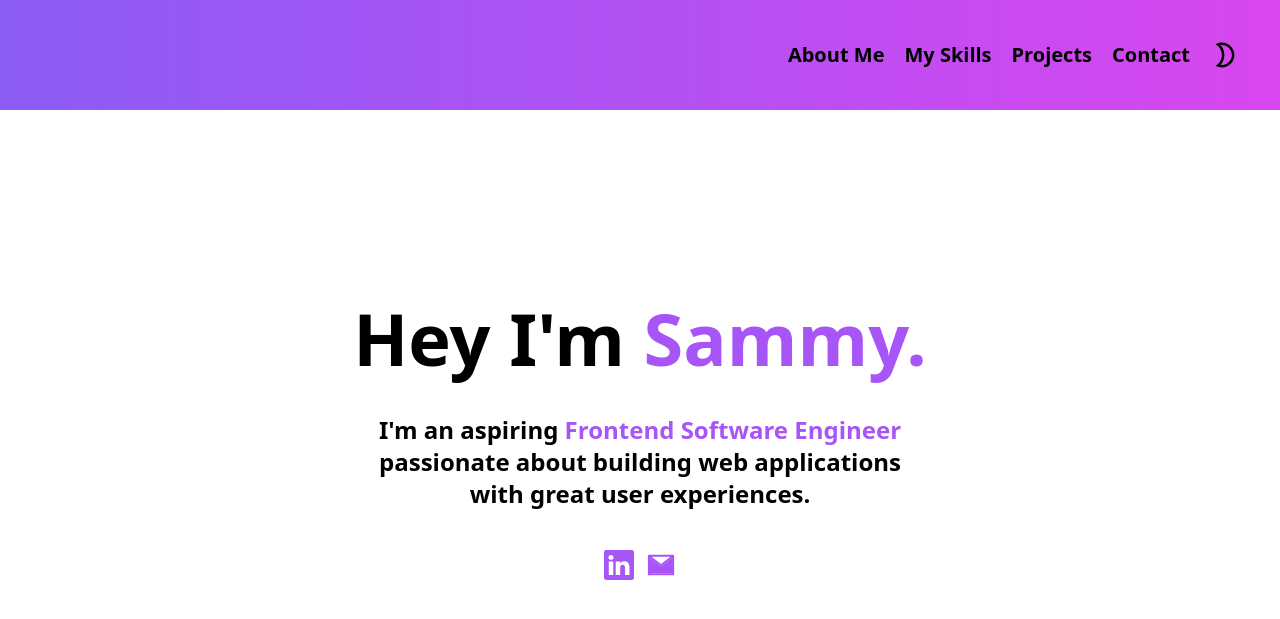
Repository: Al123Kudayyd/e-portfolio
Page: /
The author's editor kept a copy of each file at every save. The page is drawn from the files as they stood at one save, then again after the next save.
The browser window is 1280 px wide. The pictures show the whole page.
The project was rebuilt for these pictures with package versions that can differ from the ones it lists, and the page was loaded fresh each time. The framework's server and built-in components were replaced by stand-ins that run in the browser. Also part of the build but not shown: next.config.js.

Above is the page before, as saved 2023-06-06 23:42:21.

### pages/index.tsx
import Info from "@/components/Info";
import Nav from "@/components/Nav";



export default function Home() {
  return (
    <>
      <Nav />
      <div className="md:mt-48">
        <Info />
        <div className="border-black h-16 w-16"></div>
      </div>


    </>
  )
}

### components/Info.tsx
import { BsLinkedin } from 'react-icons/bs'
import { AiTwotoneMail } from 'react-icons/ai'

function Info() {
  return (
    <div className="overflow-hidden">
        <div className="space-y-10 flex-col text-center justify-center items-center">
          <h1 className="text-7xl font-bold">Hey I'm <span className="text-purple-500">Sammy.</span></h1>
          <h3 className="text-2xl font-semibold">I'm an aspiring <span className="text-purple-500">Frontend Software Engineer</span> <br /> passionate about building web applications <br /> with great user experiences.</h3>
          <div className="flex justify-center items-center space-x-3 text-3xl text-purple-500 cursor-pointer">
            <BsLinkedin />
            <AiTwotoneMail />
          </div>
        </div>
      </div>
  )
}

export default Info

### components/Nav.tsx
import { MdOutlineModeNight } from 'react-icons/md'
import { FaBars } from 'react-icons/fa'

function Nav() {
  return (
    <section className='bg-gradient-to-r from-violet-500 to-fuchsia-500'>
      <div className='py-10 mx-10 flex items-center justify-end font-bold cursor-pointer'>
        <FaBars className='flex md:hidden lg:hidden text-2xl hover:text-purple-500 transition' />
        <ul className='md:flex lg:flex hidden space-x-5 items-center justify-end text-xs sm:text-xl'>
            <li className='hover:text-purple-500 transition'>About Me</li>
            <li className='hover:text-purple-500 transition'>My Skills</li>
            <li className='hover:text-purple-500 transition'>Projects</li>
            <li className='hover:text-purple-500 transition'>Contact</li>
            <li><MdOutlineModeNight className='text-3xl hover:scale-110 transition' /></li>

        </ul>
      </div>
    </section>

  )
}

export default Nav

Loaded but not shown: pages/_app.tsx (common file); pages/_document.tsx (common file); styles/globals.css (common file); tailwind.config.js (common file)

After the next save:
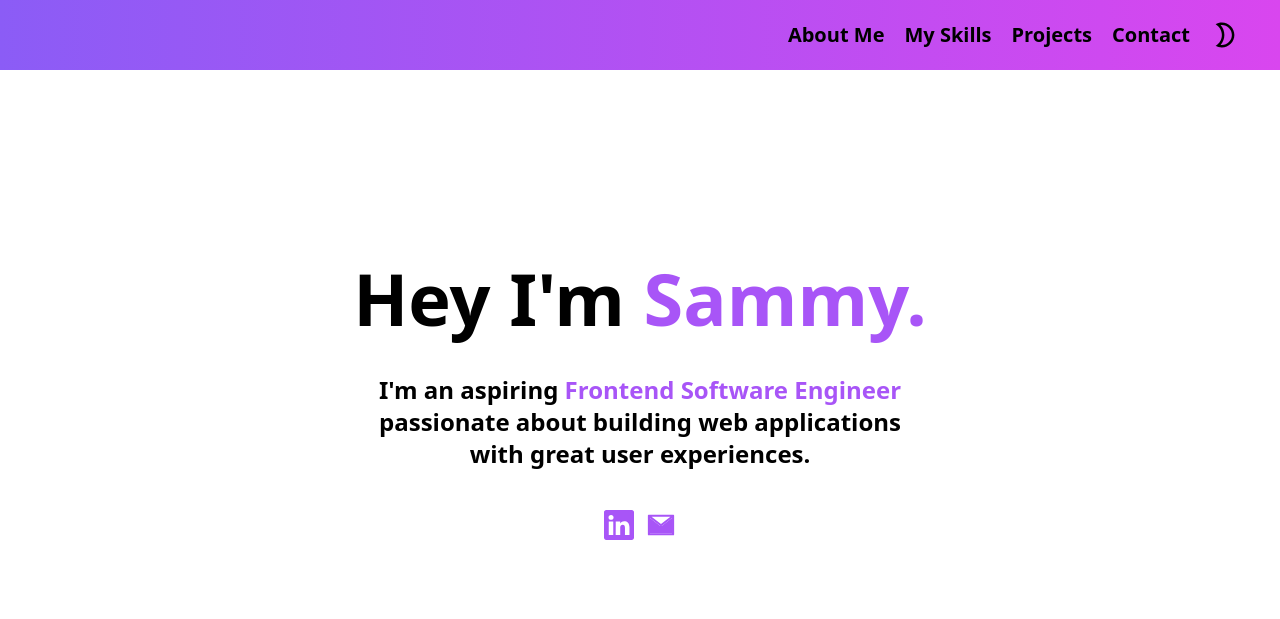
Saved 8 s later.
--- a/components/Nav.tsx
+++ b/components/Nav.tsx
@@ -4,7 +4,7 @@ import { FaBars } from 'react-icons/fa'
 function Nav() {
   return (
     <section className='bg-gradient-to-r from-violet-500 to-fuchsia-500'>
-      <div className='py-10 mx-10 flex items-center justify-end font-bold cursor-pointer'>
+      <div className='py-5 mx-10 flex items-center justify-end font-bold cursor-pointer'>
         <FaBars className='flex md:hidden lg:hidden text-2xl hover:text-purple-500 transition' />
         <ul className='md:flex lg:flex hidden space-x-5 items-center justify-end text-xs sm:text-xl'>
             <li className='hover:text-purple-500 transition'>About Me</li>
